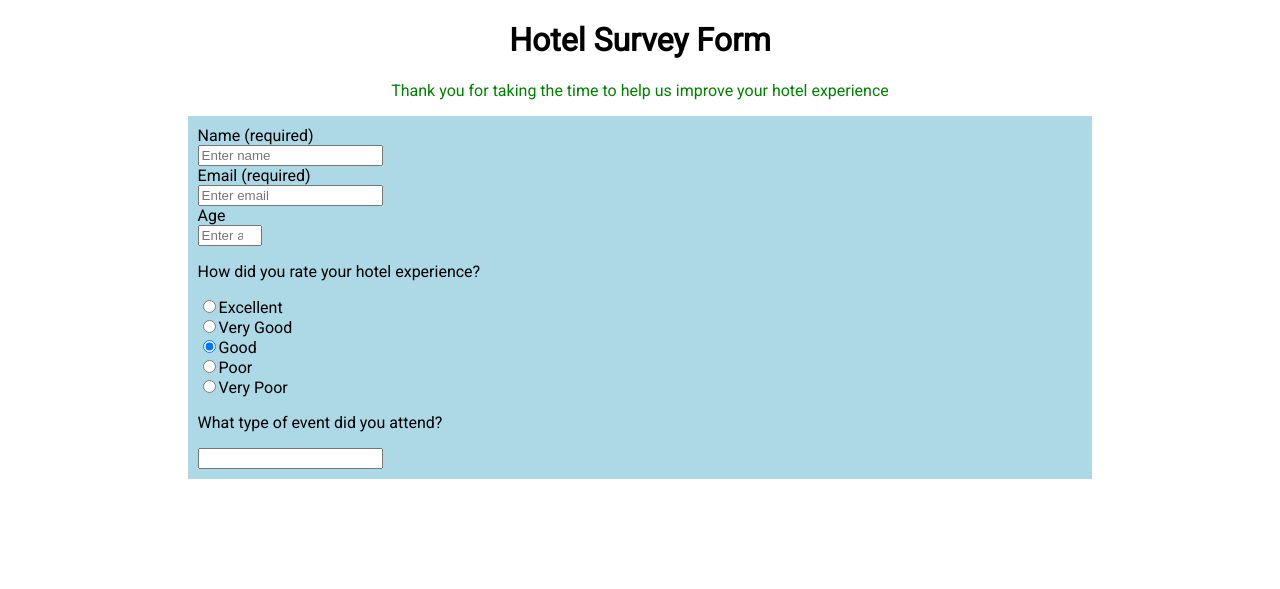
Repository: derektypist/survey-form
Page: index.html
The author's editor kept a record of every edit. The page is drawn from the files as they stood at one moment, then again after the next edit.
The browser window is 1280 px wide. The pictures show the whole page.

Above is the page before.

After the next edit:
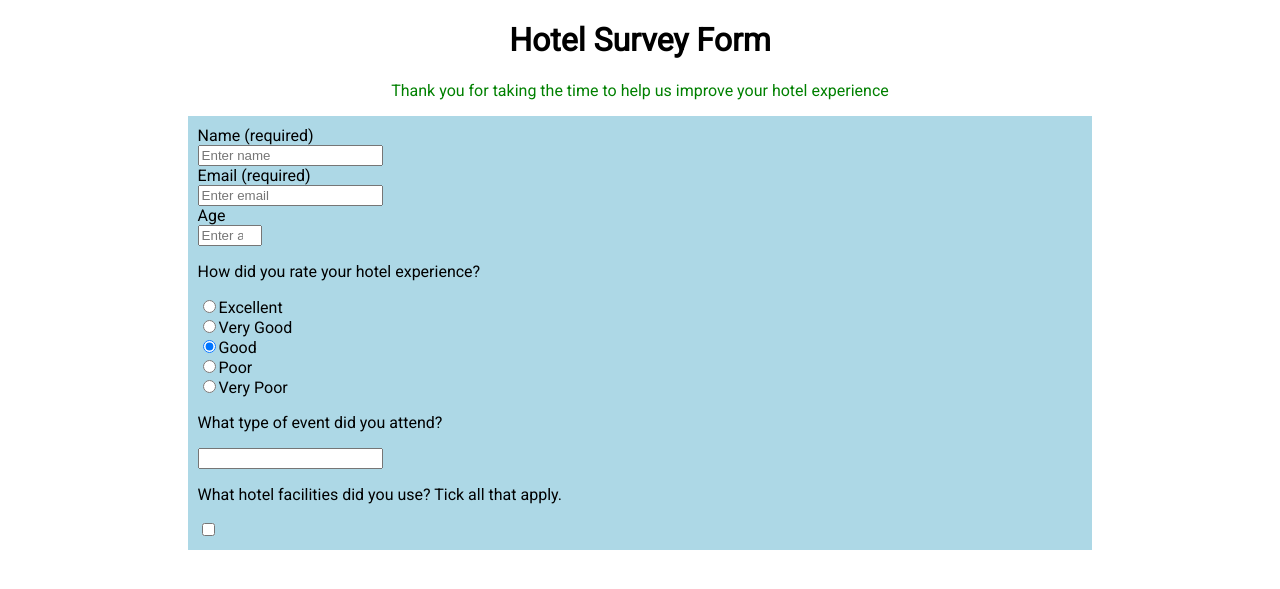
The edit:
--- a/index.html
+++ b/index.html
@@ -88,7 +88,9 @@
                     <option value="Workshops"></option>
                 </datalist>
 
-
+                <!-- Set up Check Boxes -->
+                <p>What hotel facilities did you use?  Tick all that apply.</p>
+                <input type="checkbox"
             </form>
         </section>
     </main>
